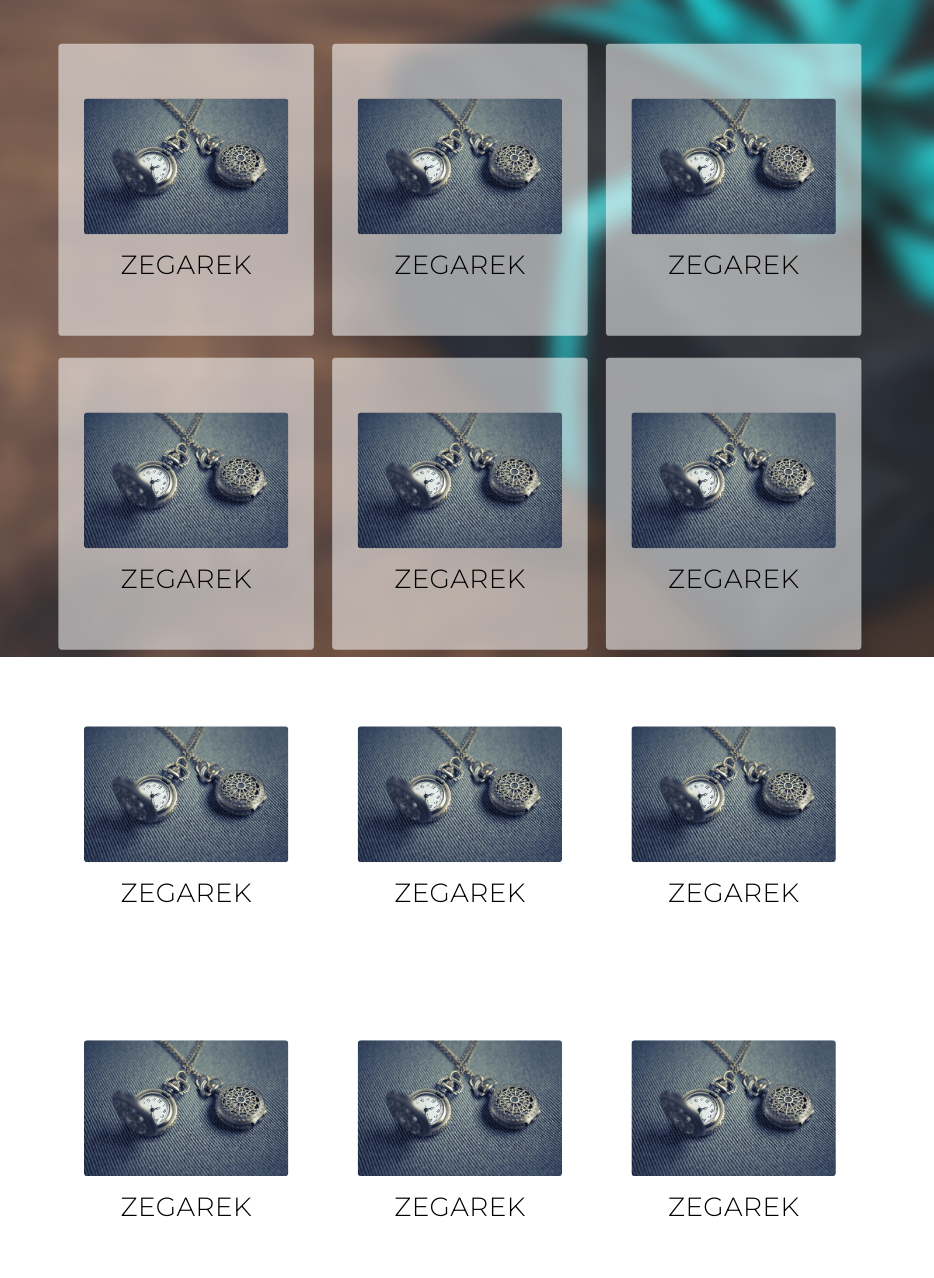
Repository: Rickardo198/prezent
Page: index.html
These files come from the project's save history. The page is drawn as it stood at one moment and after the next save; the edit follows.
The browser window is 1280 px wide. The pictures show the whole page, at 73% of full size.

Above is the page before, as saved 2020-10-25 21:31:27.

### index.html
<!DOCTYPE HTML>
<html>
<head>
    <title>Wszystkiego najlepszego!</title>
    <meta charset="utf-8">
    <style>
        @import url('https://fonts.googleapis.com/css2?family=Montserrat:wght@300&display=swap');
        *{
            margin: 0;
            padding: 0;
        }
        body{
            width: calc(100vw - 20px);
            height: 100vh;
            background: url("bg.png") no-repeat 100%;
            box-sizing: border-box;
            font-family: 'Montserrat', sans-serif;
            display: flex;
            align-items: flex-start;
            justify-content: center;
        }
        .wrapper{
            max-width: 1100px;
            margin-top: 30px;
            display: flex;
            flex-flow: row wrap;
            align-items: flex-start;
            justify-content: space-between;
        }
        .cardWrapper{
            width: 350px;
            height: 400px;
            position: relative;
            display: flex;
            flex-direction: column;
            align-items: center;
            justify-content: center;
            margin-top: 30px;
        }
        .bgWrapper{
            width: 100%;
            height: 100%;
            position: absolute;
            top:0;
            left: 0;
            background: rgba(255, 255, 255, .55);
            filter: blur(30);
            z-index: -1;
            border-radius: 5px;
        }
        .wrapperImg{
            width: 80%;
            border-radius: 5px;
        }
        .wrapperTitle{
            margin-top: 20px;
            font-size: 36px;
            letter-spacing: .6px;
        }
    </style>
</head>
<body>
    <div class="wrapper">
        <div class="cardWrapper">
            <div class="bgWrapper"></div>
            <img src="img.png" alt="obrazki" class="wrapperImg">
            <p class="wrapperTitle">ZEGAREK</p>
        </div>
        <div class="cardWrapper">
            <div class="bgWrapper"></div>
            <img src="img.png" alt="obrazki" class="wrapperImg">
            <p class="wrapperTitle">ZEGAREK</p>
        </div>
        <div class="cardWrapper">
            <div class="bgWrapper"></div>
            <img src="img.png" alt="obrazki" class="wrapperImg">
            <p class="wrapperTitle">ZEGAREK</p>
        </div>
        <div class="cardWrapper">
            <div class="bgWrapper"></div>
            <img src="img.png" alt="obrazki" class="wrapperImg">
            <p class="wrapperTitle">ZEGAREK</p>
        </div>
        <div class="cardWrapper">
            <div class="bgWrapper"></div>
            <img src="img.png" alt="obrazki" class="wrapperImg">
            <p class="wrapperTitle">ZEGAREK</p>
        </div>
        <div class="cardWrapper">
            <div class="bgWrapper"></div>
            <img src="img.png" alt="obrazki" class="wrapperImg">
            <p class="wrapperTitle">ZEGAREK</p>
        </div>
        <div class="cardWrapper">
            <div class="bgWrapper"></div>
            <img src="img.png" alt="obrazki" class="wrapperImg">
            <p class="wrapperTitle">ZEGAREK</p>
        </div>
        <div class="cardWrapper">
            <div class="bgWrapper"></div>
            <img src="img.png" alt="obrazki" class="wrapperImg">
            <p class="wrapperTitle">ZEGAREK</p>
        </div>
        <div class="cardWrapper">
            <div class="bgWrapper"></div>
            <img src="img.png" alt="obrazki" class="wrapperImg">
            <p class="wrapperTitle">ZEGAREK</p>
        </div>        <div class="cardWrapper">
            <div class="bgWrapper"></div>
            <img src="img.png" alt="obrazki" class="wrapperImg">
            <p class="wrapperTitle">ZEGAREK</p>
        </div>        <div class="cardWrapper">
            <div class="bgWrapper"></div>
            <img src="img.png" alt="obrazki" class="wrapperImg">
            <p class="wrapperTitle">ZEGAREK</p>
        </div>        <div class="cardWrapper">
            <div class="bgWrapper"></div>
            <img src="img.png" alt="obrazki" class="wrapperImg">
            <p class="wrapperTitle">ZEGAREK</p>
        </div>
    </div>
</body>
</html>

After the next save:
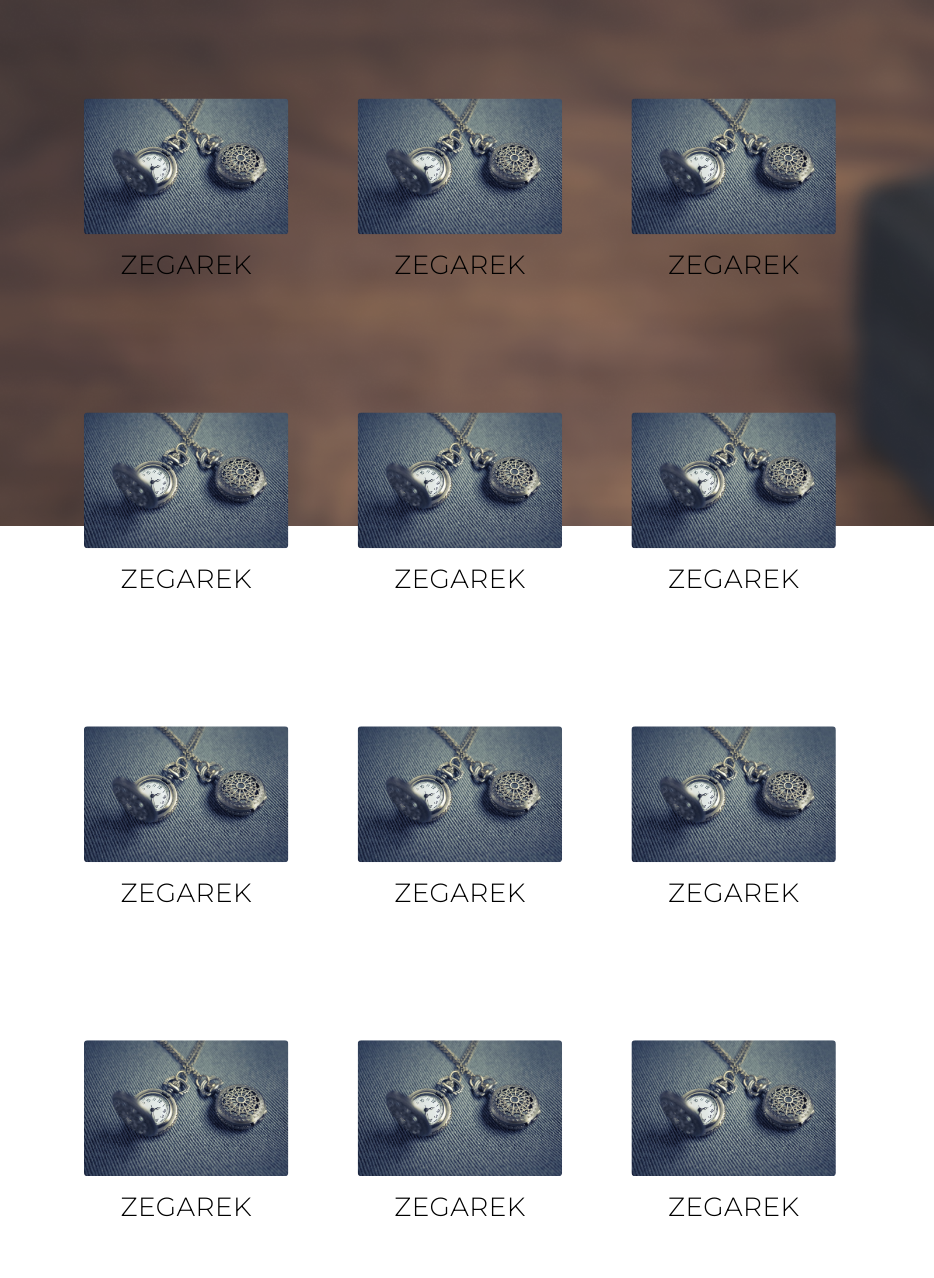
Saved 75 s later.
--- a/index.html
+++ b/index.html
@@ -12,12 +12,19 @@
         body{
             width: calc(100vw - 20px);
             height: 100vh;
-            background: url("bg.png") no-repeat 100%;
             box-sizing: border-box;
             font-family: 'Montserrat', sans-serif;
             display: flex;
             align-items: flex-start;
             justify-content: center;
+        }
+        .bg{
+            background: url("bg.png") no-repeat;
+            width: 100vw;
+            height: 100vh;
+            position: fixed;
+            top: 0;
+            left: 0;
         }
         .wrapper{
             max-width: 1100px;
@@ -60,6 +67,7 @@
     </style>
 </head>
 <body>
+    <div class="bg"></div>
     <div class="wrapper">
         <div class="cardWrapper">
             <div class="bgWrapper"></div>
